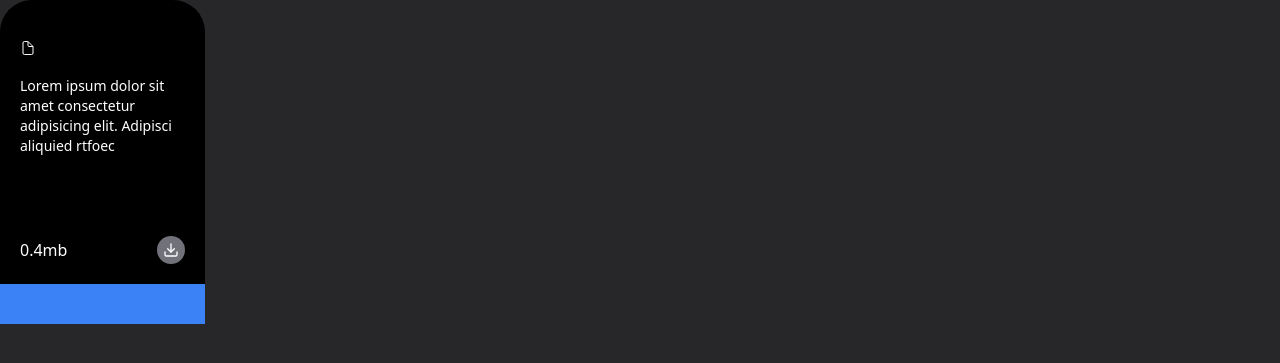
Repository: SharonSebastian32/dragable_cards
Page: /
These files come from the project's save history. The page is drawn as it stood at one moment and after a run of saves; the edit follows.
The browser window is 1280 px wide. The pictures show the whole page.
The project was rebuilt for these pictures with package versions that can differ from the ones it lists, and the page was loaded fresh each time. Also part of the build but not shown: vite.config.js.

Above is the page before, as saved 2024-08-21 10:28:45.

After the next 3 saves:
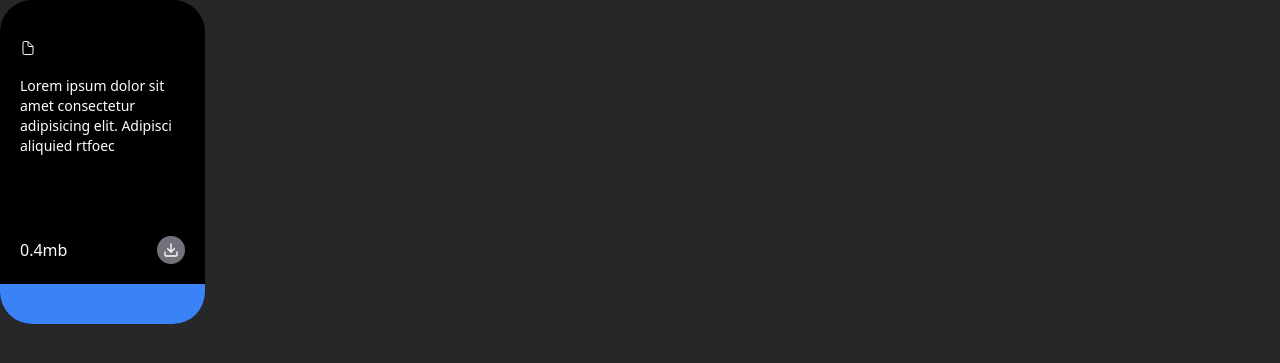
The 3 saves are shown as one change because they came seconds apart.
The last was saved 16 s later.
--- a/src/Components/Card.jsx
+++ b/src/Components/Card.jsx
@@ -2,7 +2,7 @@ import { IoDocumentOutline } from "react-icons/io5";
 import { LuDownload } from "react-icons/lu";
 const Card = () => {
   return (
-    <div className="w-[16vw] h-[45vh] rounded-[2rem] text-white px-5 py-10 bg-black relative">
+    <div className="w-[16vw] h-[45vh] rounded-[2rem] text-white px-5 py-10 bg-black relative overflow-hidden">
       <IoDocumentOutline />
       <p className="text-sm font-medium mt-5">
         Lorem ipsum dolor sit amet consectetur adipisicing elit. Adipisci
